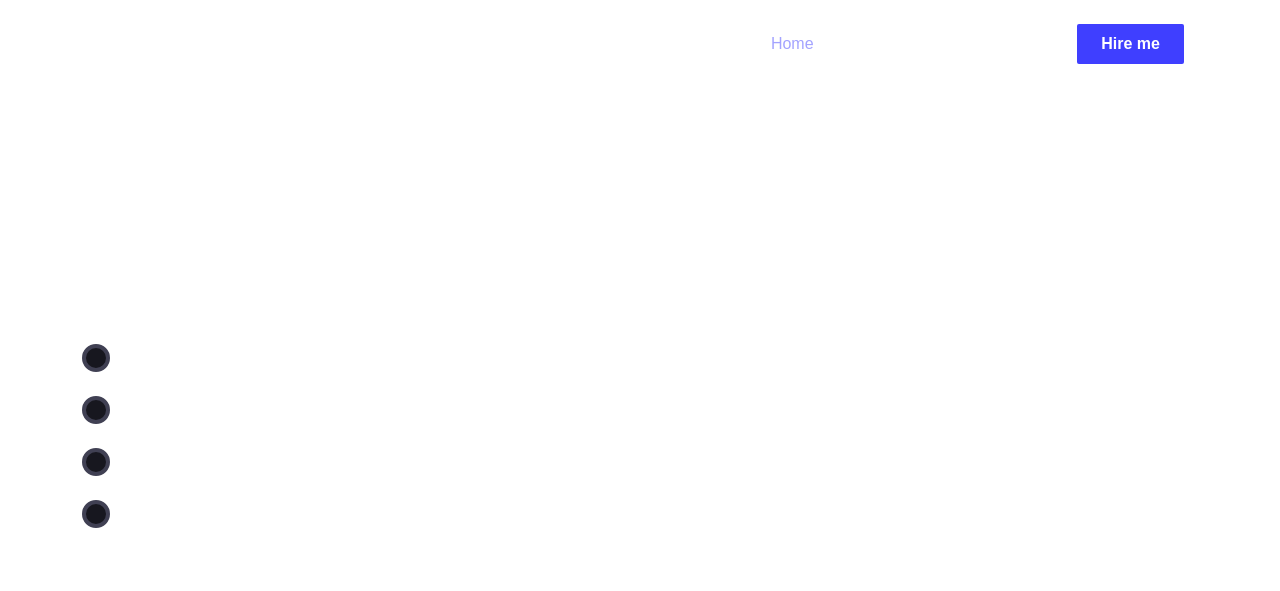
Repository: Alex0715/portfolio
Page: /
These files come from the project's save history. The page is drawn as it stood at one moment and after the next save; the edit follows.
The browser window is 1280 px wide. The pictures show the whole page.
The project was rebuilt for these pictures with package versions that can differ from the ones it lists, and the page was loaded fresh each time. The framework's server and built-in components were replaced by stand-ins that run in the browser. Also part of the build but not shown: next.config.js.

Above is the page before, as saved 2022-02-03 21:26:35.

After the next save:
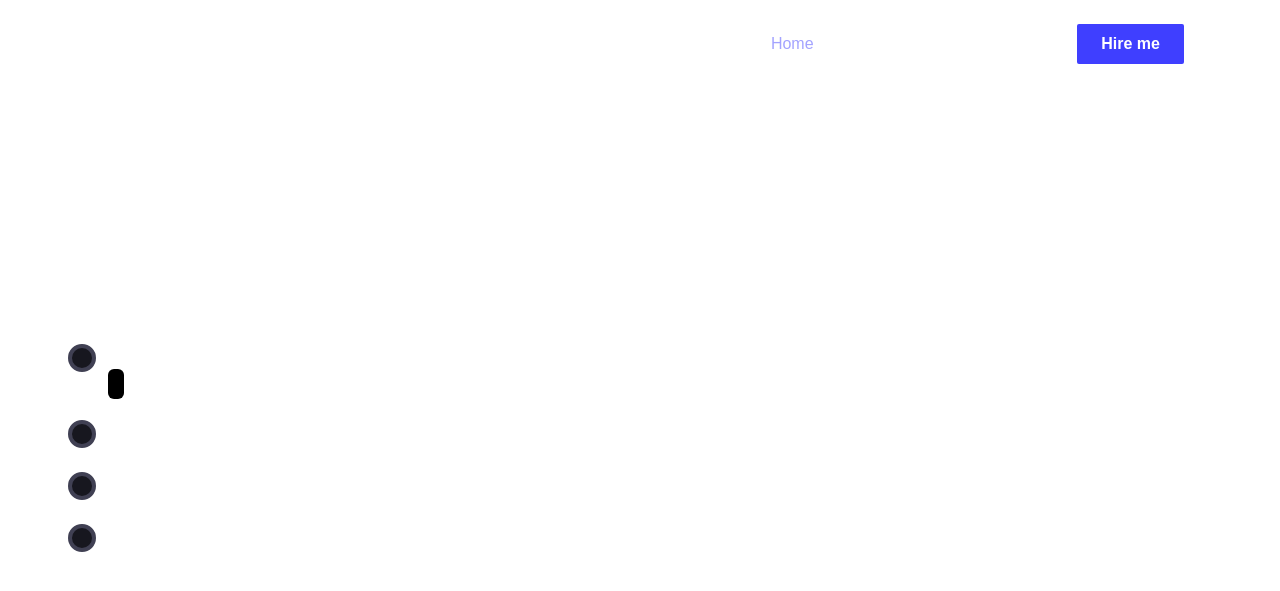
Saved 25 min 59 s later.
--- a/pages/components/Banner.js
+++ b/pages/components/Banner.js
@@ -5,6 +5,7 @@
         <nav className="inline-block lg:mr-24 lg:w-4 fixed left-percentage hidden xl:block">
         <div className="absolute left-50 transform -translate-x-1/2 space-y-6 mt-36">
         <a href="#" className="nav-dot selected-circle block w-7 h-7 rounded-full border-4 border-nav bg-body hover:bg-theme"><p className="px-8 py--1">works</p></a>
+        <span className="bg-black px-2 py-1 rounded-md ml-10 "></span>
         <a href="#" className="nav-dot selected-circle block w-7 h-7 rounded-full border-4 border-nav bg-body hover:bg-theme"><p className="px-8 py--1">works</p></a>
         <a href="#" className="nav-dot selected-circle block w-7 h-7 rounded-full border-4 border-nav bg-body hover:bg-theme"><p className="px-8 py--1">works</p></a>
         <a href="#" className="nav-dot selected-circle block w-7 h-7 rounded-full border-4 border-nav bg-body hover:bg-theme"><p className="px-8 py--1">works</p></a>
